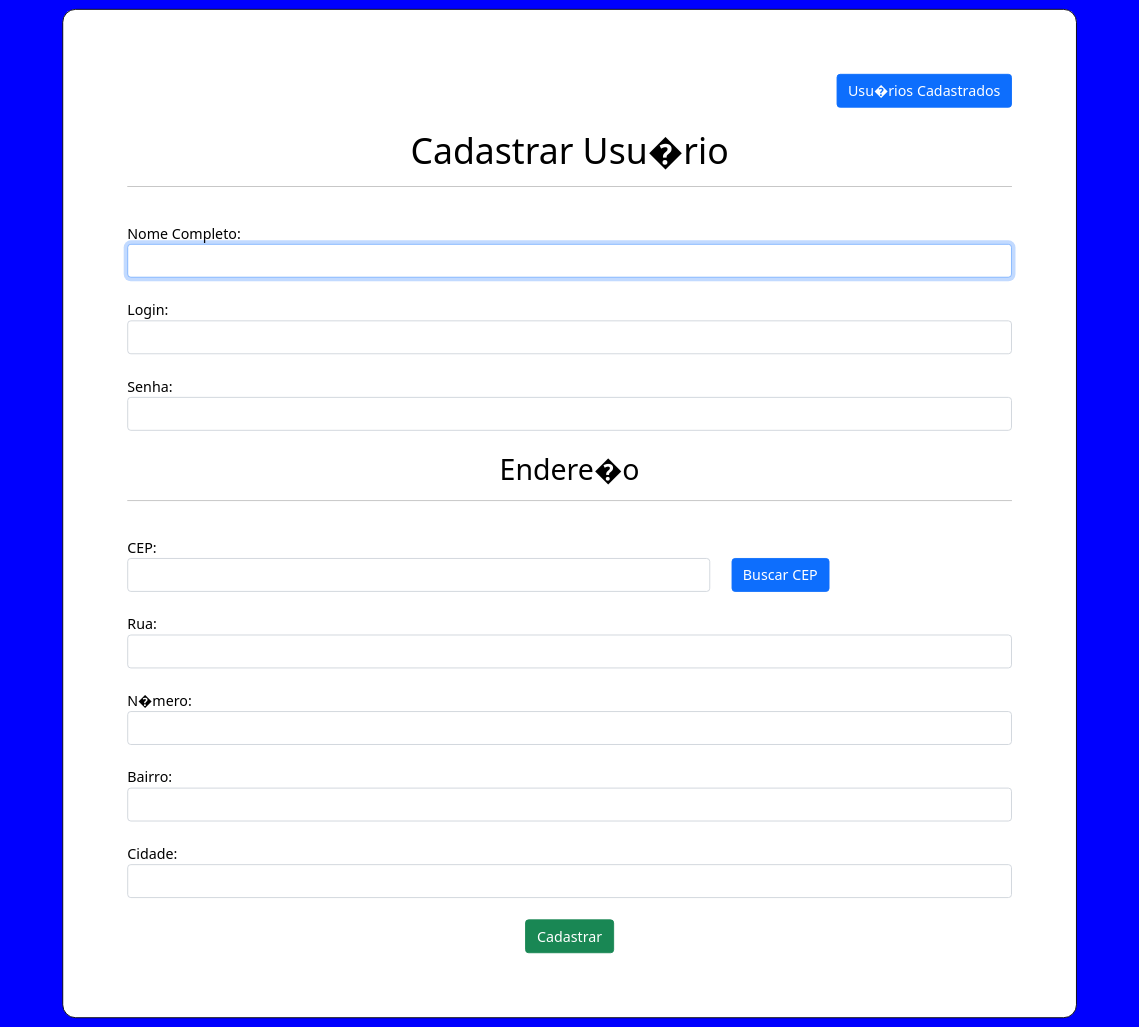
Repository: Magicianred/spring-mvc
Page: http://localhost/index
An editor plug-in stored every save of this project. The page is shown before and after the next save, followed by the edit.
The browser window is 1280 px wide. The pictures show the whole page, at 89% of full size.
The page is this project's Thymeleaf template; nobody is signed in. The template is opened directly, without the code that normally fills it, so the values that code supplies are empty.

Above is the page before, as saved 2021-01-13 02:36:17.

After the next save:
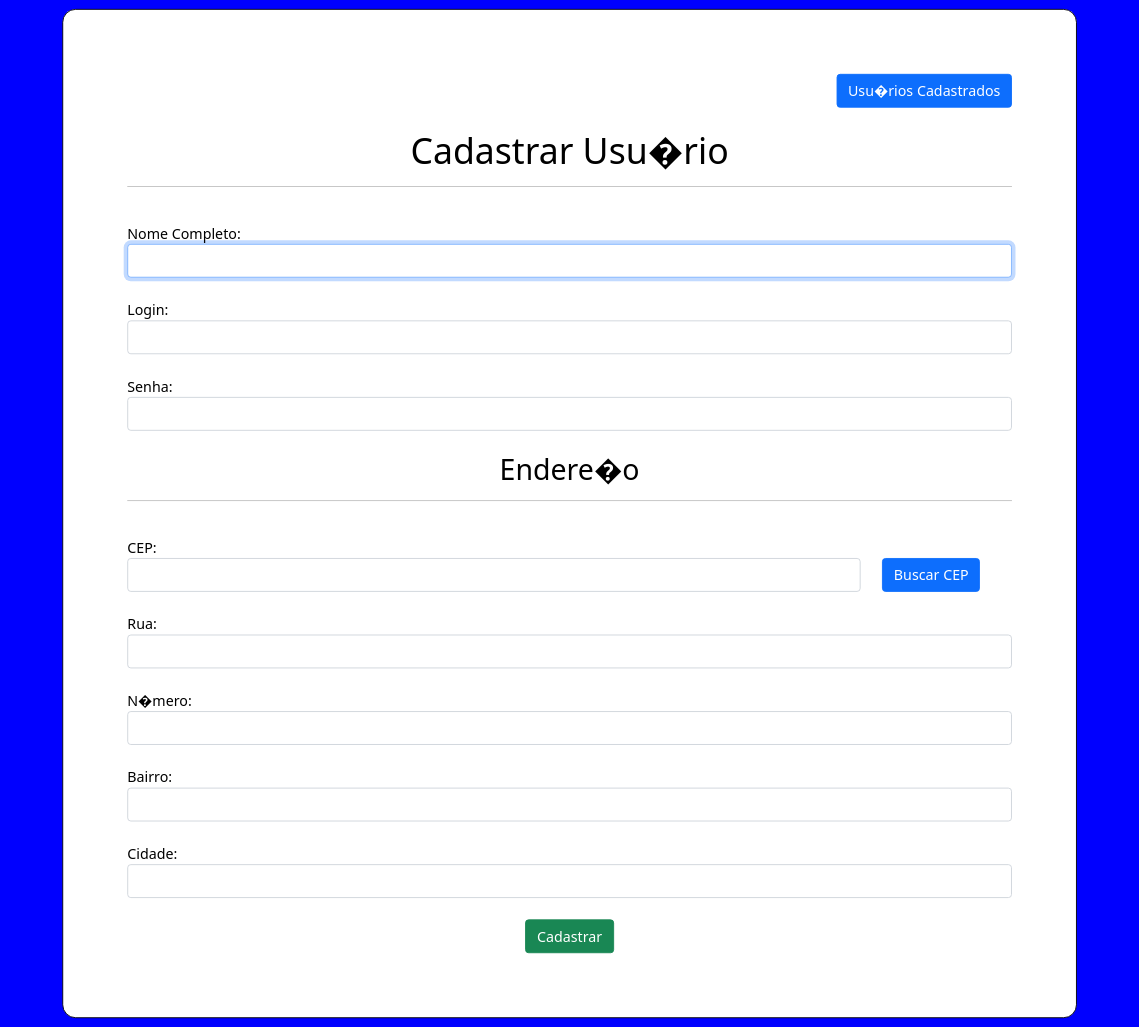
Saved 5 s later.
--- a/springmvc/src/main/resources/templates/index.html
+++ b/springmvc/src/main/resources/templates/index.html
@@ -41,8 +41,8 @@ xmlns:layout="http://www.ultraq.net.nz/thymeleaf/layout">
 		<hr><br/>
 		<div class="form-group row">
 			<label>CEP:</label> <br />
-			<div class="col-md-8"><input class="form-control" type="text" name="cep" id="cep" /></div>
-			<div class="col-md-4"><button class="btn btn-primary" onclick="buscar()">Buscar CEP</button></div>
+			<div class="col-md-10"><input class="form-control" type="text" name="cep" id="cep" /></div>
+			<div class="col-md-2"><button class="btn btn-primary" onclick="buscar()">Buscar CEP</button></div>
 		</div>
 		<br />
 
